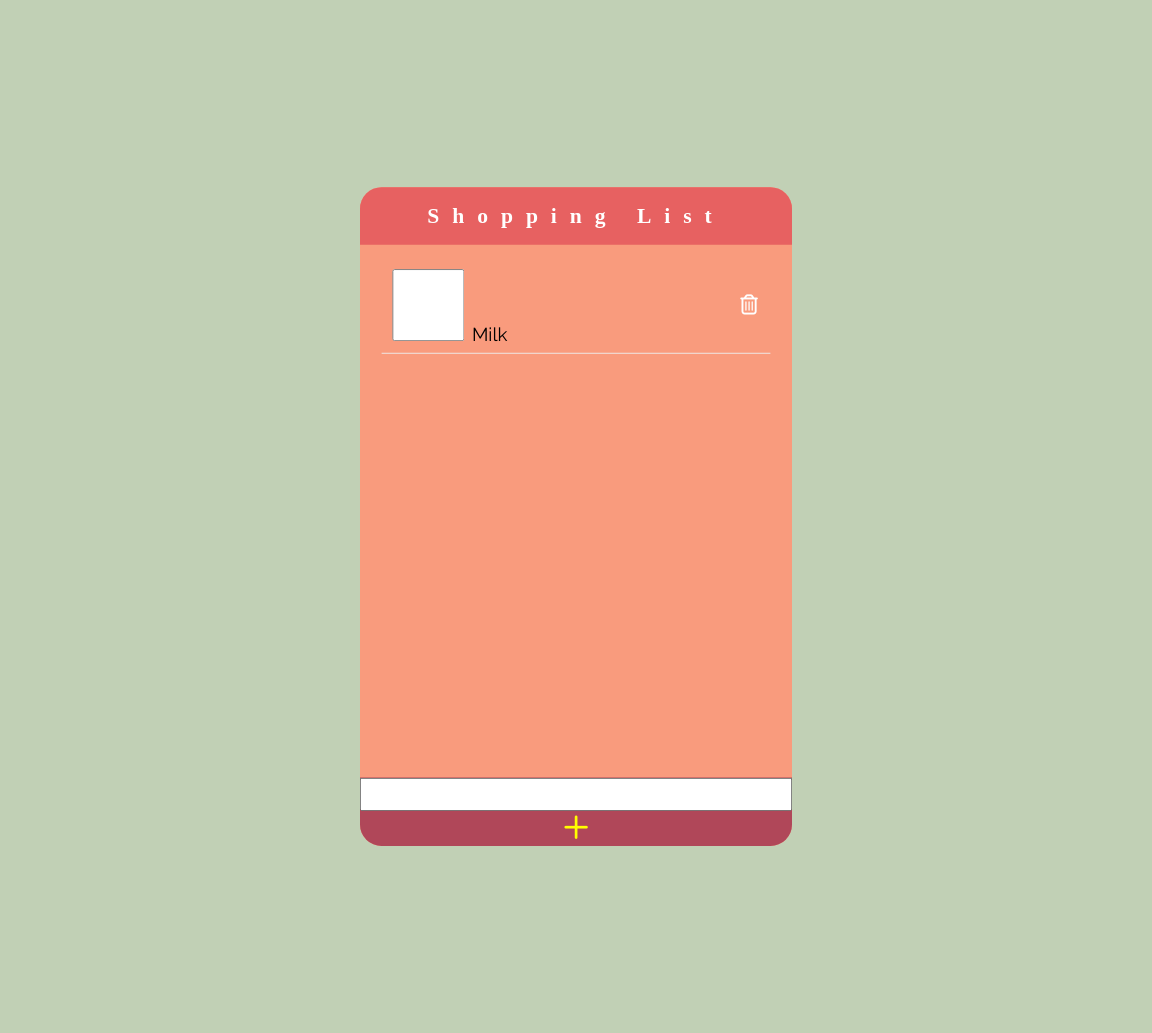
Repository: sephinejo/shopping-list-app
Page: index.html
The author's editor kept a copy of each file at every save. The page is drawn from the files as they stood at one save, then again after the next save.
The browser window is 1280 px wide. The pictures show the whole page, at 90% of full size.
Some web fonts or font styles are not loaded; a fallback is used. Some web libraries are served in a nearby version.

Above is the page before, as saved 2023-05-12 16:07:55.

### index.html
<!DOCTYPE html>
<html lang="en">
  <head>
    <meta charset="UTF-8" />
    <meta http-equiv="X-UA-Compatible" content="IE=edge" />
    <meta name="viewport" content="width=device-width, initial-scale=1.0" />
    <title>Shopping List 🛍️🛒</title>
    <link rel="preconnect" href="https://fonts.googleapis.com" />
    <link rel="preconnect" href="https://fonts.gstatic.com" crossorigin />
    <link
      href="https://fonts.googleapis.com/css2?family=Alice&family=Raleway:wght@400;600;700;800&display=swap"
      rel="stylesheet"
    />
    <script
      src="https://kit.fontawesome.com/9ac80604cb.js"
      crossorigin="anonymous"
    ></script>
    <script src="main.js" defer></script>
    <link rel="stylesheet" href="style.css" />
  </head>
  <body>
    <section class="container">
      <header class="header">Shopping List</header>
      <ul class="items">
        <li class="item__row">
          <div class="item">
            <input
              class="item__checkbox"
              name="item__checkbox"
              type="checkbox"
            />
            <label for="item__checkbox">Milk</label>
          </div>
          <button class="item__delete">
            <i class="fa-regular fa-trash-can"></i>
          </button>
        </li>
        <div class="item__divider"></div>
      </ul>
      <footer>
        <input class="input" type="text" />
        <button class="footer__add">
          <i class="fa-regular fa-plus"></i>
        </button>
      </footer>
    </section>
  </body>
</html>

### style.css
* {
  box-sizing: border-box;
}

body {
  text-align: center;
  background-color: #c1d0b5;
}

.container {
  margin: 13rem auto;
  width: 30rem;
  background-color: #f99b7d;
  border-radius: 1.5rem;
}

button {
  outline: none;
  background: transparent;
  border: none;
  cursor: pointer;
}

/* Header */
.header {
  height: 4rem;
  padding: 1.2rem;
  font-family: 'Alice';
  font-size: 1.5rem;
  font-weight: 700;
  color: white;
  letter-spacing: 0.9rem;
  background: #e76161;
  border-radius: 1.5rem 1.5rem 0 0;
}

/* Items */
.items {
  height: 35rem;
  overflow-y: auto;
  padding: 0;
}

.item__row {
  display: flex;
  justify-content: space-between;
  padding: 0.5rem 2rem;
  font-size: 1.3rem;
  font-family: 'Raleway';
  font-weight: 500;
}

.item__checkbox {
  width: 5rem;
  height: 5rem;
}

.item__divider {
  width: 90%;
  height: 1px;
  background-color: #eeeeee;
  margin: auto;
}

.item__delete {
  transition: all 300ms ease-in;
  font-size: 1.4rem;
  color: #ffffff;
}

.item__delete:hover {
  color: #ea5455;
  transform: scale(1.2);
}

/* Footer */
footer {
  background: #b04759;
  display: flex;
  flex-direction: column;
  border-radius: 0 0 1.5rem 1.5rem;
}

.input {
  height: 2.3rem;
  outline: none;
  font-family: 'Raleway';
  font-size: 1.3rem;
}

.footer__add {
  border-radius: 1rem;
  font-size: 2rem;
  color: yellow;
}

Loaded but not shown: main.js (no copy from this time; the picture is the same without it)

After the next save:
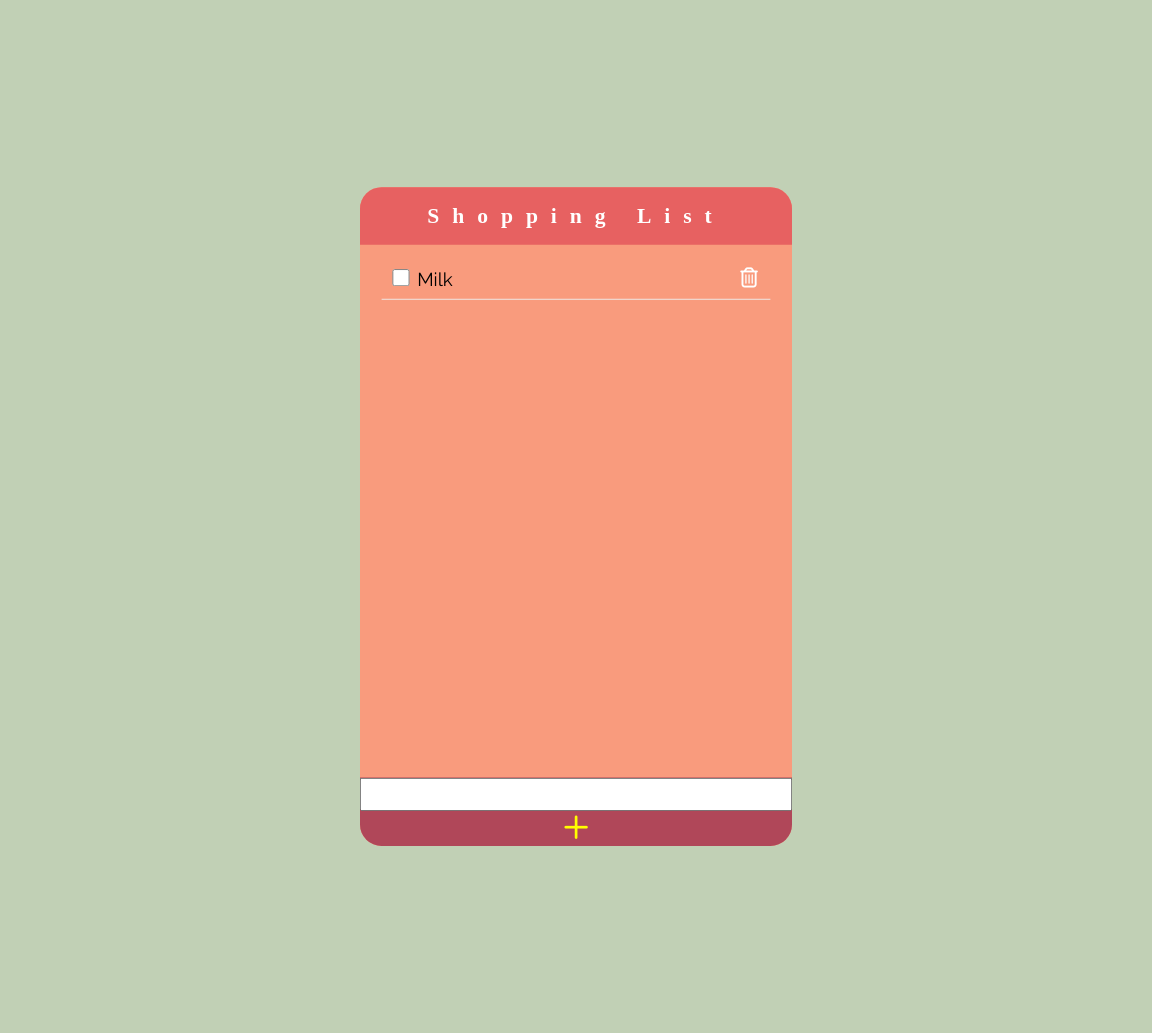
Saved 9 s later.
--- a/style.css
+++ b/style.css
@@ -51,8 +51,8 @@ button {
 }
 
 .item__checkbox {
-  width: 5rem;
-  height: 5rem;
+  width: 1.2rem;
+  height: 1.2rem;
 }
 
 .item__divider {
